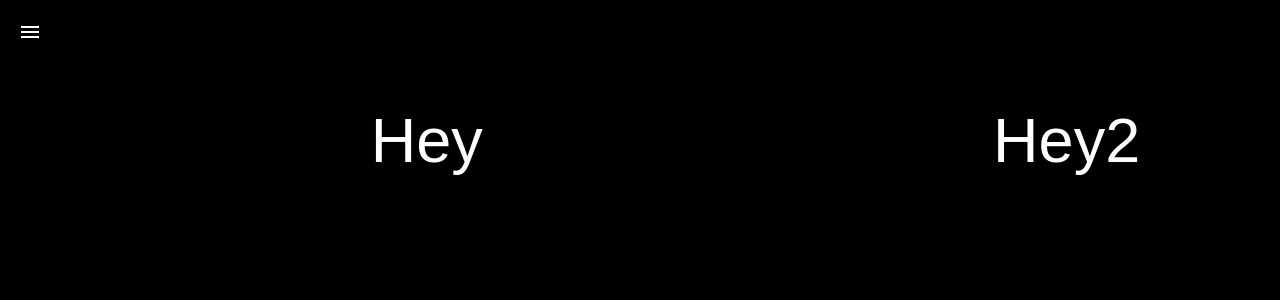
Repository: Ajtheult/final-project
Page: /cart
An editor plug-in stored every save of this project. The page is shown before and after the next save, followed by the edit.
The browser window is 1280 px wide. The pictures show the whole page.
Some web fonts or font styles are not loaded; a fallback is used. Some web libraries are served in a nearby version. The project was rebuilt for these pictures with package versions that can differ from the ones it lists, and the page was loaded fresh each time. Also part of the build but not shown: src/layout/pages/LandingPage.js, src/layout/pages/About.js, src/layout/pages/catalogue/Keys.js, src/layout/pages/catalogue/String.js, src/layout/pages/catalogue/Woodwind.js, src/layout/pages/catalogue/Percussion.js, src/layout/pages/login/Login.js, src/layout/pages/login/NewSignUp.js.

Above is the page before, as saved 2020-07-23 10:08:36.

### public/index.html
<!DOCTYPE html>
<html lang="en">
  <head>
    <meta charset="utf-8" />
    <link rel="icon" type="image/png" href="favicon.png" />
    <meta name="viewport" content="width=device-width, initial-scale=1" />
    <meta name="theme-color" content="#000000" />
    <meta
      name="description"
      content="Web site created using create-react-app"
    />

    <link rel="manifest" href="%PUBLIC_URL%/manifest.json" />

    <link
      rel="stylesheet"
      href="https://fonts.googleapis.com/icon?family=Material+Icons"
    />
    <link
      rel="stylesheet"
      href="https://cdnjs.cloudflare.com/ajax/libs/animate.css/4.0.0/animate.min.css"
    />
    <link
      href="https://fonts.googleapis.com/css2?family=Gruppo&family=Qwigley&display=swap"
      rel="stylesheet"
    />

    <title>Ling Ling 40 Hours</title>
  </head>
  <body>
    <noscript>You need to enable JavaScript to run this app.</noscript>
    <div id="root"></div>
  </body>
</html>

### src/index.js
import React from "react";
import ReactDOM from "react-dom";

import "materialize-css/dist/css/materialize.min.css";

import App from "./App";

ReactDOM.render(
  <React.StrictMode>
    <App />
  </React.StrictMode>,
  document.getElementById("root")
);

### src/App.js
import React from "react";
import "./App.css";
import Navbar from "./layout/nav/Navbar";
import LandingPage from "./layout/pages/LandingPage";
import About from "./layout/pages/About";
import Keys from "./layout/pages/catalogue/Keys";
import String from "./layout/pages/catalogue/String";
import Woodwind from "./layout/pages/catalogue/Woodwind";
import Percussion from "./layout/pages/catalogue/Percussion";
import Login from "./layout/pages/login/Login";
import Cart from "./layout/pages/Cart";
import NewSignUp from "./layout/pages/login/NewSignUp";

import { BrowserRouter as Router, Switch, Route } from "react-router-dom";

function App() {
  return (
    <Router>
      <div className="App">
        <Navbar />
        <Switch>
          <Route path="/" exact component={LandingPage} />
          <Route path="/about" component={About} />
          <Route path="/login" component={Login} />
          <Route path="/cart" component={Cart} />
          <Route path="/keys" component={Keys} />
          <Route path="/string" component={String} />
          <Route path="/woodwind" component={Woodwind} />
          <Route path="/percussion" component={Percussion} />
          <Route path="/new-sign-up" component={NewSignUp} />
        </Switch>
      </div>
    </Router>
  );
}

export default App;

### src/App.css
.App {
  text-align: center;
}

/* The text colour is white thats why its not showing */

.text-nav {
  margin-left: 55%;
  font-size: 25px;
}

.a-text-nav {
  font-size: 25px;
}

.size {
  font-size: 30px;
}

img.bg {
  /* Set rules to fill background */
  min-height: 100%;
  min-width: 1024px;

  /* Set up proportionate scaling */
  width: 100%;
  height: auto;

  /* Set up positioning */
  position: fixed;
  top: 0;
  left: 0;
  z-index: -1;
}

div.admin-bg {
  /* Set rules to fill background */
  min-height: 100%;
  min-width: 1024px;

  /* Set up proportionate scaling */
  width: 100%;
  height: auto;

  /* Set up positioning */
  position: fixed;
  top: 0;
  left: 0;
  z-index: -1;
  background-color: black;
}

@media screen and (max-width: 1024px) {
  /* Specific to this particular image */
  img.bg {
    left: 50%;
    margin-left: -512px; /* 50% */
  }

  div.admin-bg {
    left: 50%;
    margin-left: -512px; /* 50% */
  }
}

h1,
p {
  color: white;
}

.myback {
  height: 220px;
  width: 300px;
}

.centered {
  position: absolute;
  top: 40%;
  left: 50%;
  transform: translate(-50%, -50%);
  font-size: 140px;
  font-family: "Qwigley", cursive;
  color: rgb(255, 255, 255);
}
/* Login-Start */
body {
  font-family: sans-serif;
  background-color: black;
  background-size: cover;
}

.sign {
  text-align: left;
  margin-left: 20px;
  font-size: 22px;
  font-family: serif;
  color: black;
}
.my_login-box {
  width: 300px;
  position: absolute;
  top: 50%;
  left: 50%;
  transform: translate(-50%, -50%);
}

.my_login-box h1 {
  font-size: 30px;
  margin-bottom: 30px;
  padding: 5px;
  font-family: Times, serif;
  color: black;
}

.my_textbox {
  width: 100%;
  overflow: hidden;
  font-size: 20px;
  padding: 8px;
  margin: 8px;
}

.my_textbox input {
  border: none;
  outline: none;
  background: none;
  color: white;
  font-size: 18px;
  width: 80%;
  float: left;
  margin: 0 10px;
}

.my_btn {
  width: 100%;
  background-color: black;
  border: 10px solid black;
  color: rgb(255, 255, 255);
  padding: 5px;
  font-size: 18px;
  cursor: pointer;
  margin: 12px;
}
/* Login-End */

.colour_of_about_text {
  color: white;
  font-size: 30px;
}

.text-colour {
  color: black;
}

.move_down {
  margin-top: 50%;
}

.card_text_colour {
  color: black;
  font-size: 18px;
  text-align: left;
}

.price {
  margin-top: -10px;
  text-align: left;
}

.cart-btn {
  margin-top: 10px;
}

.headings_popup {
  text-align: left;
}

.instrument_sections {
  color: black;
  font-family: "Qwigley", cursive;
  font-size: 80px;
  margin-top: -5px;
  text-shadow: 2px 0 0 #fff, -2px 0 0 #fff, 0 2px 0 #fff, 0 -2px 0 #fff,
    1px 1px #fff, -1px -1px 0 #fff, 1px -1px 0 #fff, -1px 1px 0 #fff;
}

.about {
  font-family: "Qwigley", cursive;
  font-size: 180px;
  color: black;
  text-shadow: 2px 0 0 #fff, -2px 0 0 #fff, 0 2px 0 #fff, 0 -2px 0 #fff,
    1px 1px #fff, -1px -1px 0 #fff, 1px -1px 0 #fff, -1px 1px 0 #fff;
}

.questions {
  font-family: "Gruppo", cursive;
}

.move_this_up {
  margin-top: -10px;
}

.move_my_products {
  margin-top: -70px;
}

.about_us_move {
  margin-left: 50%;
  margin-top: 19%;
  position: absolute;
  padding: 20px;
  transform: translate(-50%, -50%);
}

.gender_colour {
  color: black;
}

.the_container {
  width: 50%;
}

.move_this_row {
  margin-top: -80px;
}

.sign_up_head {
  font-family: "Qwigley", cursive;
  font-size: 100px;
  color: black;
  text-shadow: 2px 0 0 #fff, -2px 0 0 #fff, 0 2px 0 #fff, 0 -2px 0 #fff,
    1px 1px #fff, -1px -1px 0 #fff, 1px -1px 0 #fff, -1px 1px 0 #fff;
}

### src/layout/nav/Navbar.js
/* eslint-disable jsx-a11y/anchor-is-valid */
import React, { Component } from "react";
import M from "materialize-css/dist/js/materialize.min.js";
import "../../App.css";
import logo from "./logo.jpg";
import mybackground from "./mybackground.jpg";
import { Link } from "react-router-dom";

export class Navbar extends Component {
  componentDidMount() {
    document.addEventListener("DOMContentLoaded", function () {
      var elems = document.querySelectorAll(".sidenav");
      // eslint-disable-next-line
      var instances = M.Sidenav.init(elems, {});
    });
  }

  render() {
    return (
      <div>
        <nav>
          <div className="nav-wrapper black">
            <a
              data-target="slide-out"
              className="sidenav-trigger show-on-large"
            >
              <i className="material-icons">menu</i>
            </a>
          </div>
        </nav>
        <ul id="slide-out" className="sidenav">
          <li>
            <div className="user-view">
              <div className="background">
                <img src={mybackground} className="myback" alt="background" />
              </div>
              <a href="/">
                <img className="circle" src={logo} alt="logo" />
              </a>

              <span className="white-text name size">40 hours</span>
              <br />
            </div>
          </li>
          <Link to="/">
            <li>Home</li>
          </Link>
          <Link to="/about">
            <li>About Us</li>
          </Link>
          <li>
            <div className="divider"></div>
          </li>

          <li>
            <div className="subheader">User</div>
          </li>

          <Link to="/login">
            <li>Login</li>
          </Link>
          <Link to="/new-sign-up">
            <li>Sign up</li>
          </Link>

          <Link to="/cart">
            <li>Cart</li>
          </Link>
          <li>
            <div className="divider"></div>
          </li>

          <li>
            <div className="subheader">Catalogue</div>
          </li>

          <Link to="/keys">
            <li>Keys</li>
          </Link>
          <Link to="/string">
            <li>String</li>
          </Link>
          <Link to="/woodwind">
            <li>Woodwind</li>
          </Link>
          <Link to="/percussion">
            <li>Percussion</li>
          </Link>
          <li>
            <div className="divider"></div>
          </li>
          <li>
            <div className="subheader">My Portfolio</div>
          </li>
          <li>
            <a
              className="waves-effect"
              href="https://ajtheult.github.io/portfolio-v3/"
            >
              Asaph Franks
            </a>
          </li>
        </ul>
      </div>
    );
  }
}

export default Navbar;

### src/layout/pages/Cart.js
import React from "react";

const Cart = () => {
  return (
    <div>
      <div class="row">
        <div class="col s8">
          <h1>Hey</h1>
        </div>

        <div class="col s4">
          <h1>Hey2</h1>
        </div>
      </div>
    </div>
  );
};

export default Cart;

After the next save:
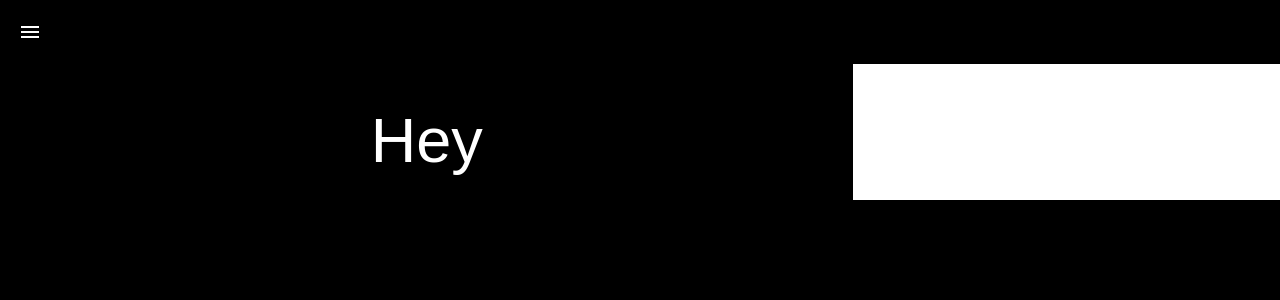
Saved 26 s later.
--- a/src/layout/pages/Cart.js
+++ b/src/layout/pages/Cart.js
@@ -8,7 +8,7 @@
           <h1>Hey</h1>
         </div>
 
-        <div class="col s4">
+        <div class="col s4 white">
           <h1>Hey2</h1>
         </div>
       </div>

After the save that followed:
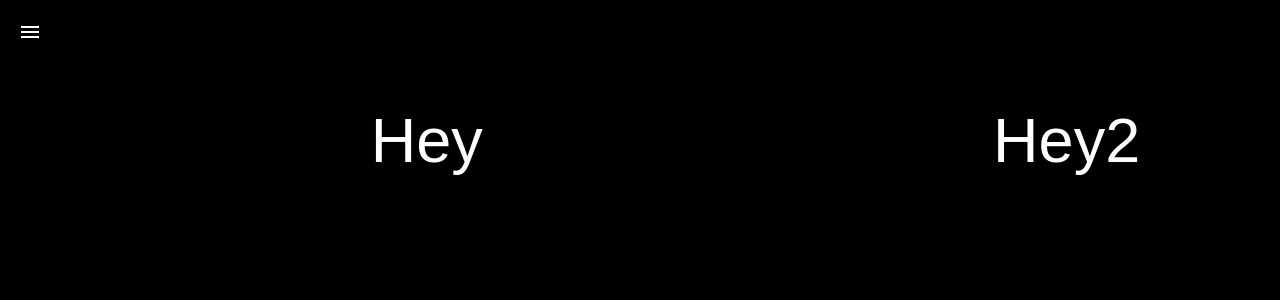
Saved 8 s later.
--- a/src/layout/pages/Cart.js
+++ b/src/layout/pages/Cart.js
@@ -8,7 +8,7 @@
           <h1>Hey</h1>
         </div>
 
-        <div class="col s4 white">
+        <div class="col s4">
           <h1>Hey2</h1>
         </div>
       </div>
